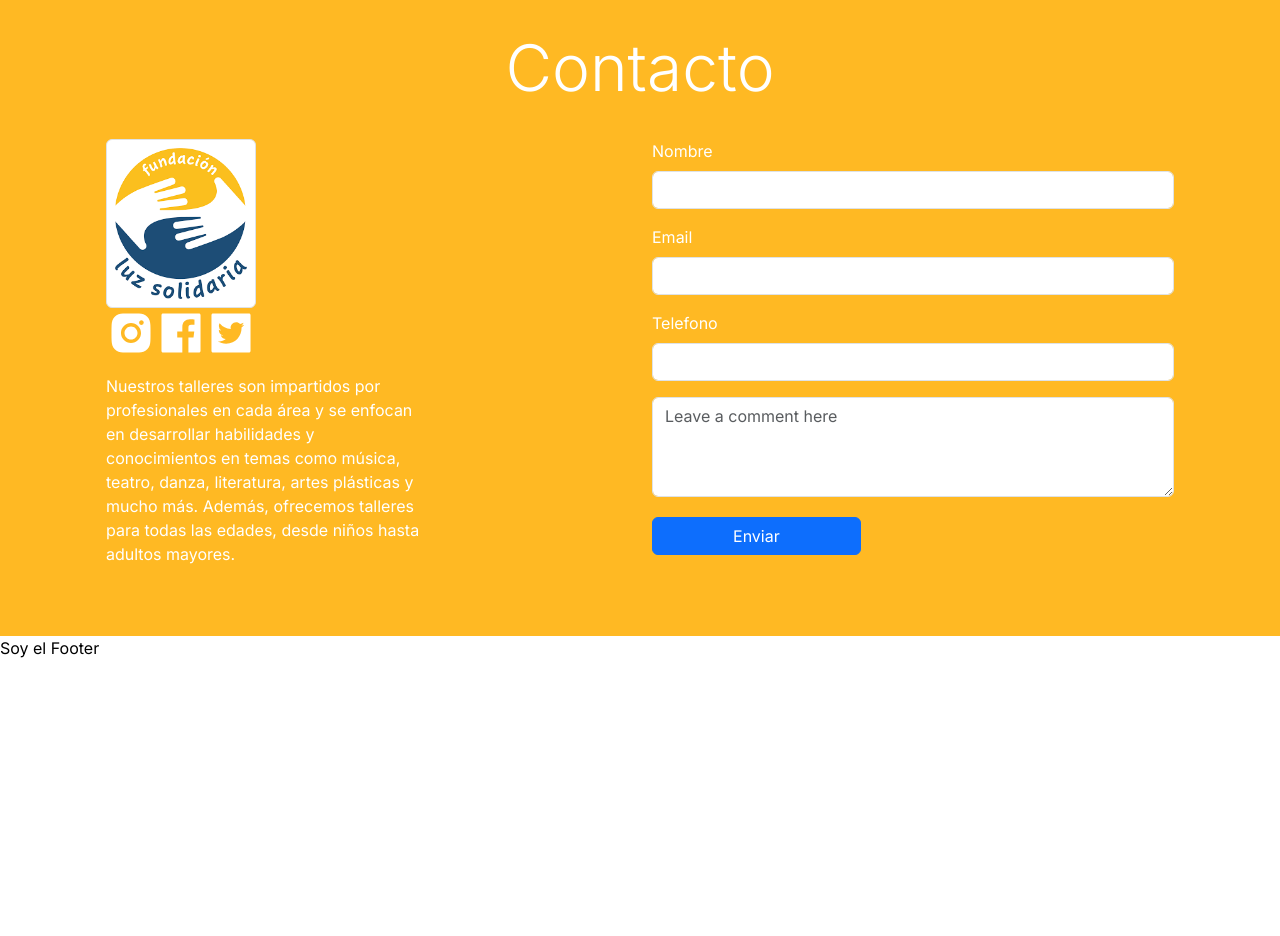
Repository: JtoralesK/dwf11
Page: /
The author's editor kept a copy of each file at every save. The page is drawn from the files as they stood at one save, then again after the next save.
The browser window is 1280 px wide. The pictures show the whole page.
The project was rebuilt for these pictures with package versions that can differ from the ones it lists, and the page was loaded fresh each time. The framework's server and built-in components were replaced by stand-ins that run in the browser. Also part of the build but not shown: next.config.js.

Above is the page before, as saved 2023-05-31 18:23:58.

### src/app/page.tsx
import Image from "next/image";
import styles from "./page.module.css";
import { Contacto } from "./components/contacto";
import { Footer } from "./components/footer";
export default function Home() {
  return (
    <>
      <Contacto />
      <Footer/>
    </>
  );
}

### src/app/components/contacto/index.tsx
import "bootstrap/dist/css/bootstrap.min.css";
import { SectionInputs } from "./sectionInput";
import { FaBeer } from "react-icons/fa";
import {
  AiFillInstagram,
  AiFillFacebook,
  AiFillTwitterSquare,
} from "react-icons/ai";

export function Contacto() {
  return (
    <>
      <div
        style={{
          backgroundColor: "#ffb923",
          color: "white",
          padding: "30px",
        }}
      >
        <div className="container-sm text-center ">
          <h1 className="font-weight-bold display-3">Contacto</h1>
          <div className="row p-lg-4">
            <div className="col-sm-16 col-md-6 text-center ">
              <div className=" d-md-flex flex-column d-none">
                <img
                  src="data:[embedded picture, 9291 characters]
            BU5I/166HRl7DM0JHd93otkupwE9wh+8Q4HuTkd/vz/99LosEf7UOF1LGvesnj8LX1fZVn3s7jZfh5drVp8XZWG/h8zs0VCdp8KmQAAAABJRU5ErkJggg=="
                  className="img-thumbnail rounded float-start p-2"
                  style={{ width: "150px" }}
                  alt="..."
                ></img>
                <div
                  className="d-flex flex-row mb-3 justify-content-around "
                  style={{ width: "150px" }}
                >
                  <AiFillInstagram size={"50px"} />
                  <AiFillFacebook size={"50px"} />
                  <AiFillTwitterSquare size={"50px"} />
                </div>
                <div style={{ width: "60%" }}>
                  <p className="text-start">
                    Nuestros talleres son impartidos por profesionales en cada
                    área y se enfocan en desarrollar habilidades y conocimientos
                    en temas como música, teatro, danza, literatura, artes
                    plásticas y mucho más. Además, ofrecemos talleres para todas
                    las edades, desde niños hasta adultos mayores.
                  </p>
                </div>
              </div>
            </div>
            <div className="col-sm-16 col-md-6 text-center ">
              <SectionInputs />
            </div>
          </div>
        </div>
      </div>
    </>
  );
}

### src/app/components/footer/index.tsx
import React from 'react'
import "./style.css";
export const Footer = () => {
  return (
    <footer>
        <p>Soy el Footer</p>
    </footer>
  )
}

### src/app/components/contacto/sectionInput.tsx
import "bootstrap/dist/css/bootstrap.min.css";

export function SectionInputs() {
  const style = {
    margin: "20px 0",
    width: "40%",
    "@media (min-width: 768px)": {
      width: "40%",
    },
  } as React.CSSProperties;
  return (
    <>
      <form className="d-flex flex-column text-start" style={{ width: "100%" }}>
        <div className="mb-3">
          <label className="form-label">
            <p style={{ margin: "0" }}>Nombre</p>
          </label>
          <input
            type="text"
            className="form-control"
            id="exampleInputEmail1"
            aria-describedby="emailHelp"
          />
        </div>
        <div className="mb-3">
          <label className="form-label">
            <p style={{ margin: "0" }}>Email</p>
          </label>
          <input
            type="email"
            className="form-control"
            id="exampleInputPassword1"
          />
        </div>
        <div className="mb-3">
          <label className="form-label">
            <p style={{ margin: "0" }}>Telefono</p>
          </label>
          <input
            type="email"
            className="form-control"
            id="exampleInputPassword1"
          />
        </div>
        <textarea
          className="form-control"
          style={{ height: "100px" }}
          placeholder="Leave a comment here"
          id="floatingTextarea"
        ></textarea>
        <button
          style={style}
          type="submit"
          className="btn btn-primary w-md-auto"
        >
          Enviar
        </button>
      </form>
    </>
  );
}

### src/app/components/footer/style.css
footer{
    height: 300px;
    color:#000;
    background-color: #fff;
  }

Loaded but not shown: src/app/layout.tsx (common file); src/app/globals.css (common file)

After the next save:
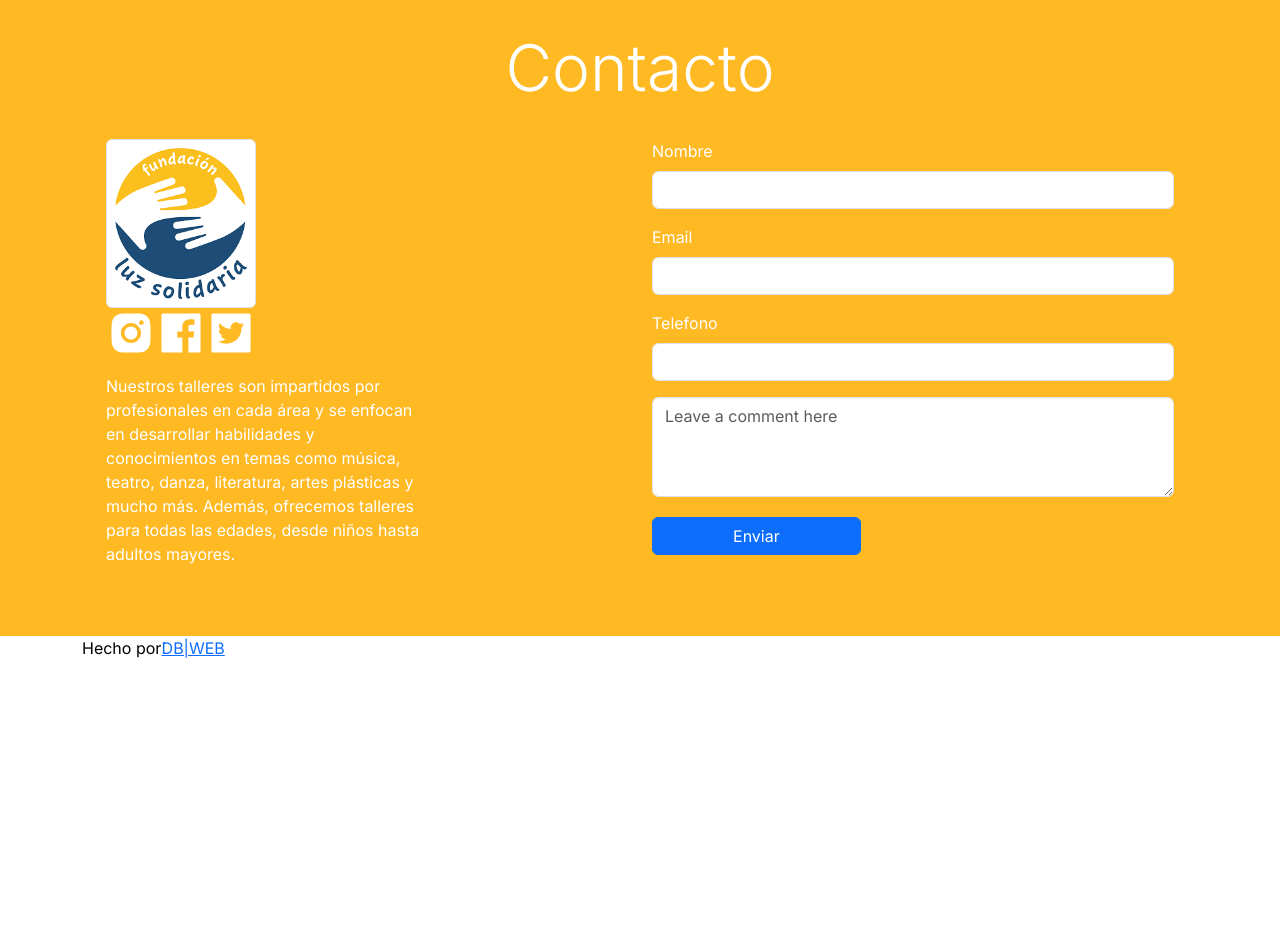
Saved 106 s later.
--- a/src/app/components/footer/index.tsx
+++ b/src/app/components/footer/index.tsx
@@ -2,8 +2,18 @@ import React from 'react'
 import "./style.css";
 export const Footer = () => {
   return (
-    <footer>
-        <p>Soy el Footer</p>
-    </footer>
+    <footer className="footer">
+    <div className="contenedor-footer container">
+        <div className="redes-sociales">
+            <a href="https://www.facebook.com" className="link-redes_sociales" ><i className="fab fa-facebook facebook"></i></a>
+            <a href="https://www.instagram.com" className="link-redes_sociales" ><i className="fab fa-instagram instagran"></i></a>
+            <a href="https://www.linkedin.com" className="link-redes_sociales" ><i className="fab fa-linkedin linkedin"></i></a>
+            <a href="https:/www.github.com" className="link-redes_sociales" ><i className="fab fa-github-square github"></i></a>
+        </div>
+        <div className="footer-text">
+            <p className="title-copy">Hecho por<a className="title-footer" href="https://damianbermudezdev.es/">DB|WEB</a></p>
+        </div>
+    </div>
+  </footer>
   )
 }
